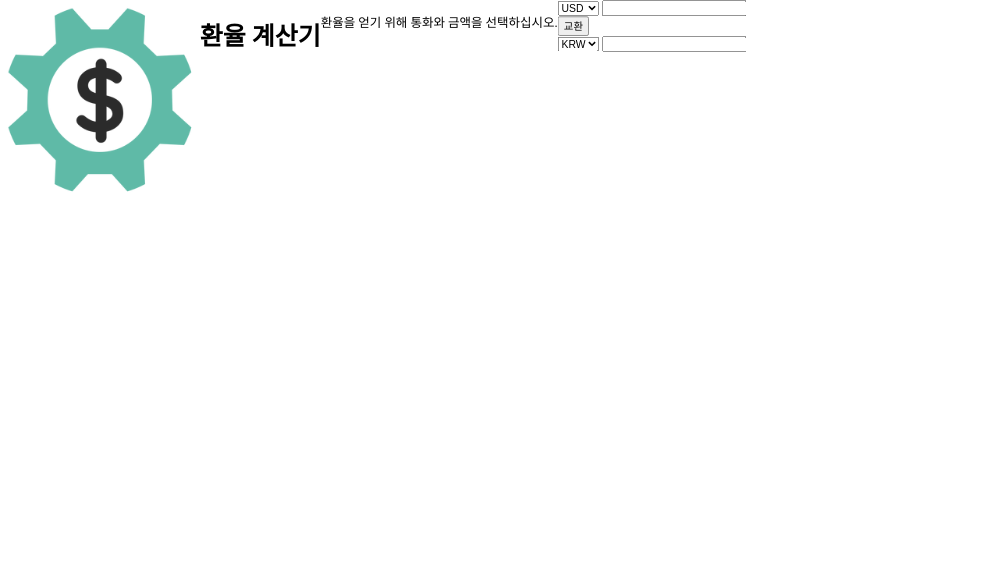
Repository: AbrorjonKuchkarov/exchange-rate
Page: index.html
An editor plug-in stored every save of this project. The page is shown before and after the next save, followed by the edit.
The browser window is 1280 px wide. The pictures show the whole page, at 78% of full size.

Above is the page before, as saved 2022-02-24 01:15:14.

### index.html
<!DOCTYPE html>
<html lang="en">
<head>
   <meta charset="UTF-8">
   <meta http-equiv="X-UA-Compatible" content="IE=edge">
   <meta name="viewport" content="width=device-width, initial-scale=1.0">
<link rel="stylesheet" href="style.css">
   <title>환율</title>
</head>
<body>
   <img src="img/money.png" alt="">
   <h1>환율 계산기 </h1>
   <p>환율을 얻기 위해 통화와 금액을 선택하십시오.</p>

   <div class="container">
      <div class="currency">
         <select id="selectOne">
            <option value="AED">AED</option>
            <option value="ARS">ARS</option>
            <option value="AUD">AUD</option>
            <option value="BGN">BGN</option>
            <option value="BRL">BRL</option>
            <option value="BSD">BSD</option>
            <option value="CAD">CAD</option>
            <option value="CHF">CHF</option>
            <option value="CLP">CLP</option>
            <option value="CNY">CNY</option>
            <option value="COP">COP</option>
            <option value="CZK">CZK</option>
            <option value="DKK">DKK</option>
            <option value="DOP">DOP</option>
            <option value="EGP">EGP</option>
            <option value="EUR">EUR</option>
            <option value="FJD">FJD</option>
            <option value="GBP">GBP</option>
            <option value="GTQ">GTQ</option>
            <option value="HKD">HKD</option>
            <option value="HRK">HRK</option>
            <option value="HUF">HUF</option>
            <option value="IDR">IDR</option>
            <option value="ILS">ILS</option>
            <option value="INR">INR</option>
            <option value="ISK">ISK</option>
            <option value="JPY">JPY</option>
            <option value="KRW">KRW</option>
            <option value="KZT">KZT</option>
            <option value="MXN">MXN</option>
            <option value="MYR">MYR</option>
            <option value="NOK">NOK</option>
            <option value="NZD">NZD</option>
            <option value="PAB">PAB</option>
            <option value="PEN">PEN</option>
            <option value="PHP">PHP</option>
            <option value="PKR">PKR</option>
            <option value="PLN">PLN</option>
            <option value="PYG">PYG</option>
            <option value="RON">RON</option>
            <option value="RUB">RUB</option>
            <option value="SAR">SAR</option>
            <option value="SEK">SEK</option>
            <option value="SGD">SGD</option>
            <option value="THB">THB</option>
            <option value="TRY">TRY</option>
            <option value="TWD">TWD</option>
            <option value="UAH">UAH</option>
            <option value="USD" selected>USD</option>
            <option value="UYU">UYU</option>
            <option value="VND">VND</option>
            <option value="ZAR">ZAR</option>
         </select>
         <input type="number" class="inputOne" >
      </div>

      <div class="swap">
         <button class="btn">교환</button>
         <div class="rate"></div>
      </div>

      <div class="currency">
         <select id="selectTwo">
         <option value="AED">AED</option>
         <option value="ARS">ARS</option>
         <option value="AUD">AUD</option>
         <option value="BGN">BGN</option>
         <option value="BRL">BRL</option>
         <option value="BSD">BSD</option>
         <option value="CAD">CAD</option>
         <option value="CHF">CHF</option>
         <option value="CLP">CLP</option>
         <option value="CNY">CNY</option>
         <option value="COP">COP</option>
         <option value="CZK">CZK</option>
         <option value="DKK">DKK</option>
         <option value="DOP">DOP</option>
         <option value="EGP">EGP</option>
         <option value="EUR">EUR</option>
         <option value="FJD">FJD</option>
         <option value="GBP">GBP</option>
         <option value="GTQ">GTQ</option>
         <option value="HKD">HKD</option>
         <option value="HRK">HRK</option>
         <option value="HUF">HUF</option>
         <option value="IDR">IDR</option>
         <option value="ILS">ILS</option>
         <option value="INR">INR</option>
         <option value="ISK">ISK</option>
         <option value="JPY">JPY</option>
         <option value="KRW" selected>KRW</option>
         <option value="KZT">KZT</option>
         <option value="MXN">MXN</option>
         <option value="MYR">MYR</option>
         <option value="NOK">NOK</option>
         <option value="NZD">NZD</option>
         <option value="PAB">PAB</option>
         <option value="PEN">PEN</option>
         <option value="PHP">PHP</option>
         <option value="PKR">PKR</option>
         <option value="PLN">PLN</option>
         <option value="PYG">PYG</option>
         <option value="RON">RON</option>
         <option value="RUB">RUB</option>
         <option value="SAR">SAR</option>
         <option value="SEK">SEK</option>
         <option value="SGD">SGD</option>
         <option value="THB">THB</option>
         <option value="TRY">TRY</option>
         <option value="TWD">TWD</option>
         <option value="UAH">UAH</option>
         <option value="USD">USD</option>
         <option value="UYU">UYU</option>
         <option value="VND">VND</option>
         <option value="ZAR">ZAR</option>
      </select>
      <input type="number" class="inputTwo" >
      </div>
   </div>




   <script src="app.js"></script>
</body>
</html>

### style.css
*{
   box-sizing: border-box;
}

body {
   margin: 0;
   display: flex;
}

Loaded but not shown: app.js (no copy from this time; the picture is the same without it)

After the next save:
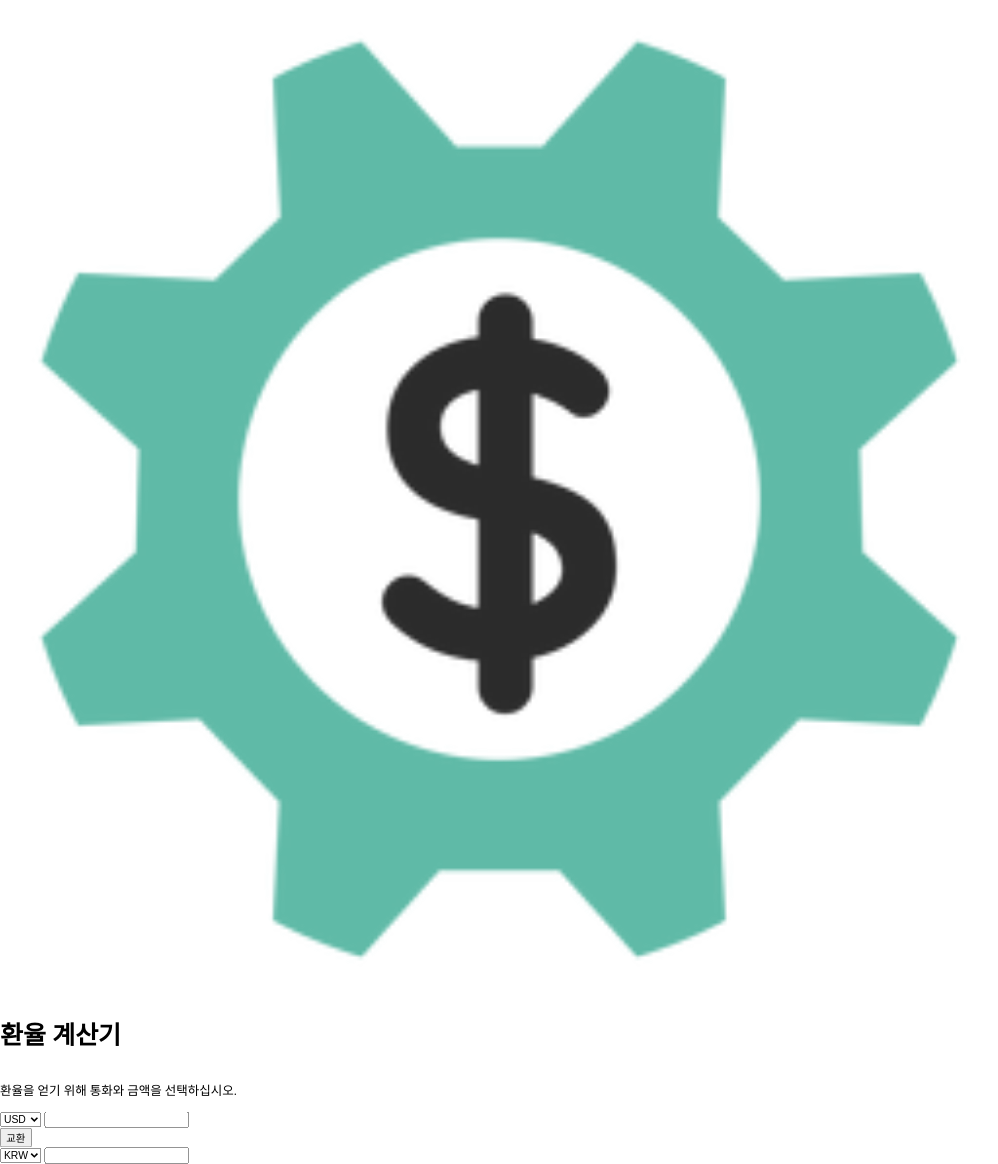
Saved 8 s later.
--- a/style.css
+++ b/style.css
@@ -5,4 +5,5 @@
 body {
    margin: 0;
    display: flex;
+   flex-direction: column;
 }
